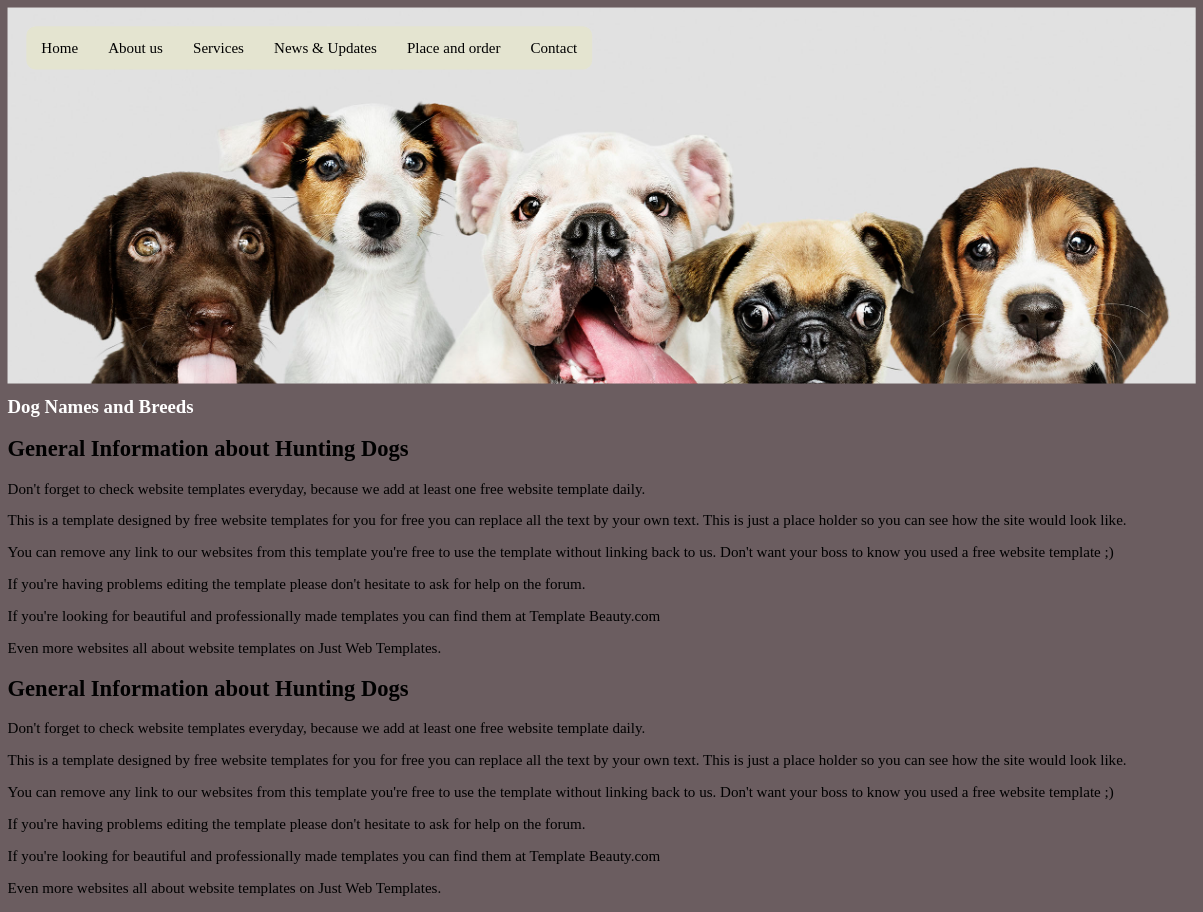
Repository: Tayma-Kazmouz/labwork
Page: index.html
These files come from the project's save history. The page is drawn as it stood at one moment and after the next save; the edit follows.
The browser window is 1280 px wide. The pictures show the whole page, at 94% of full size.

Above is the page before, as saved 2022-04-04 16:34:25.

After the next save:
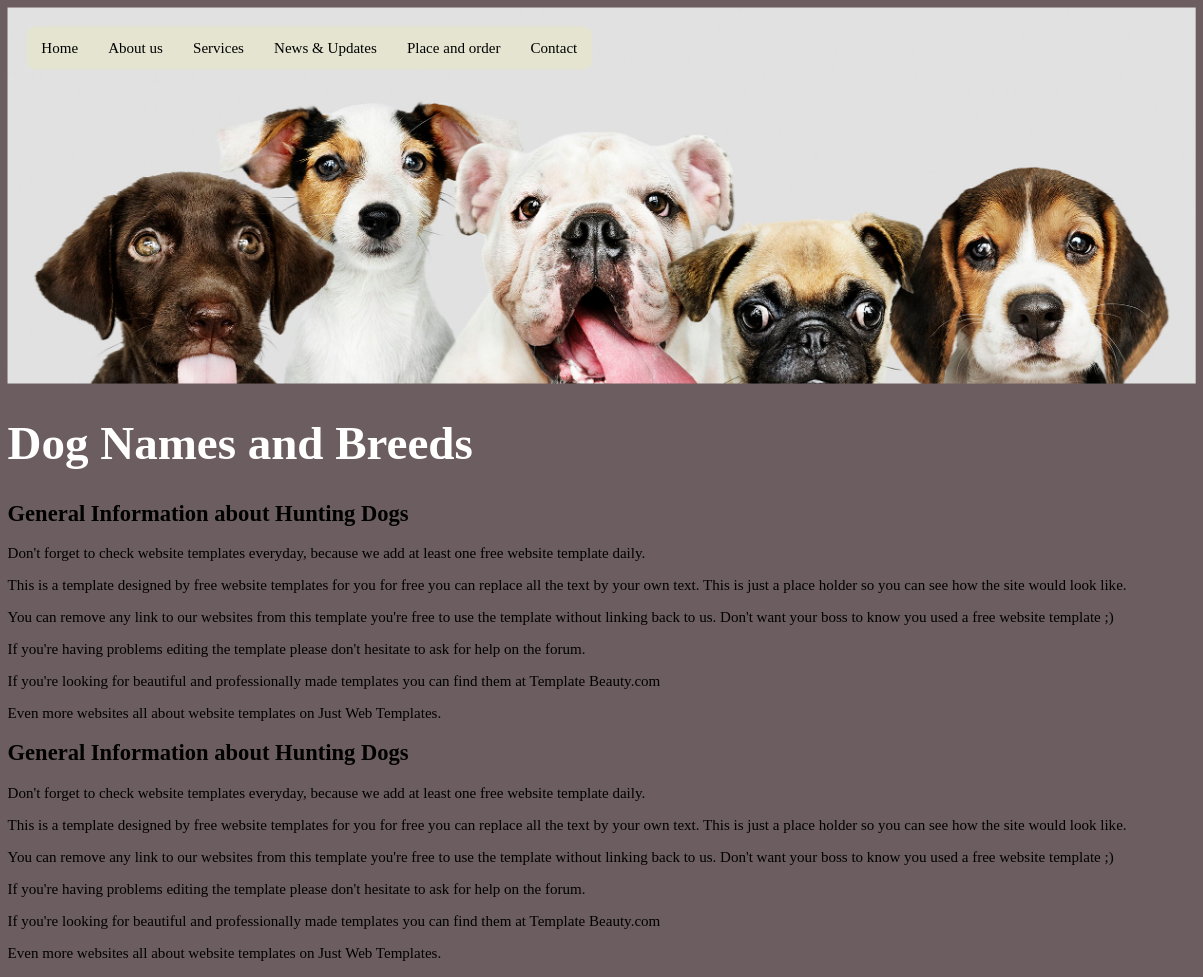
Saved 6 s later.
--- a/styles.css
+++ b/styles.css
@@ -40,5 +40,5 @@ ul {
 h1{
     color: white;
     font-weight: 600px;
-    font-size: 20px;
+    font-size: 50px;
 }
